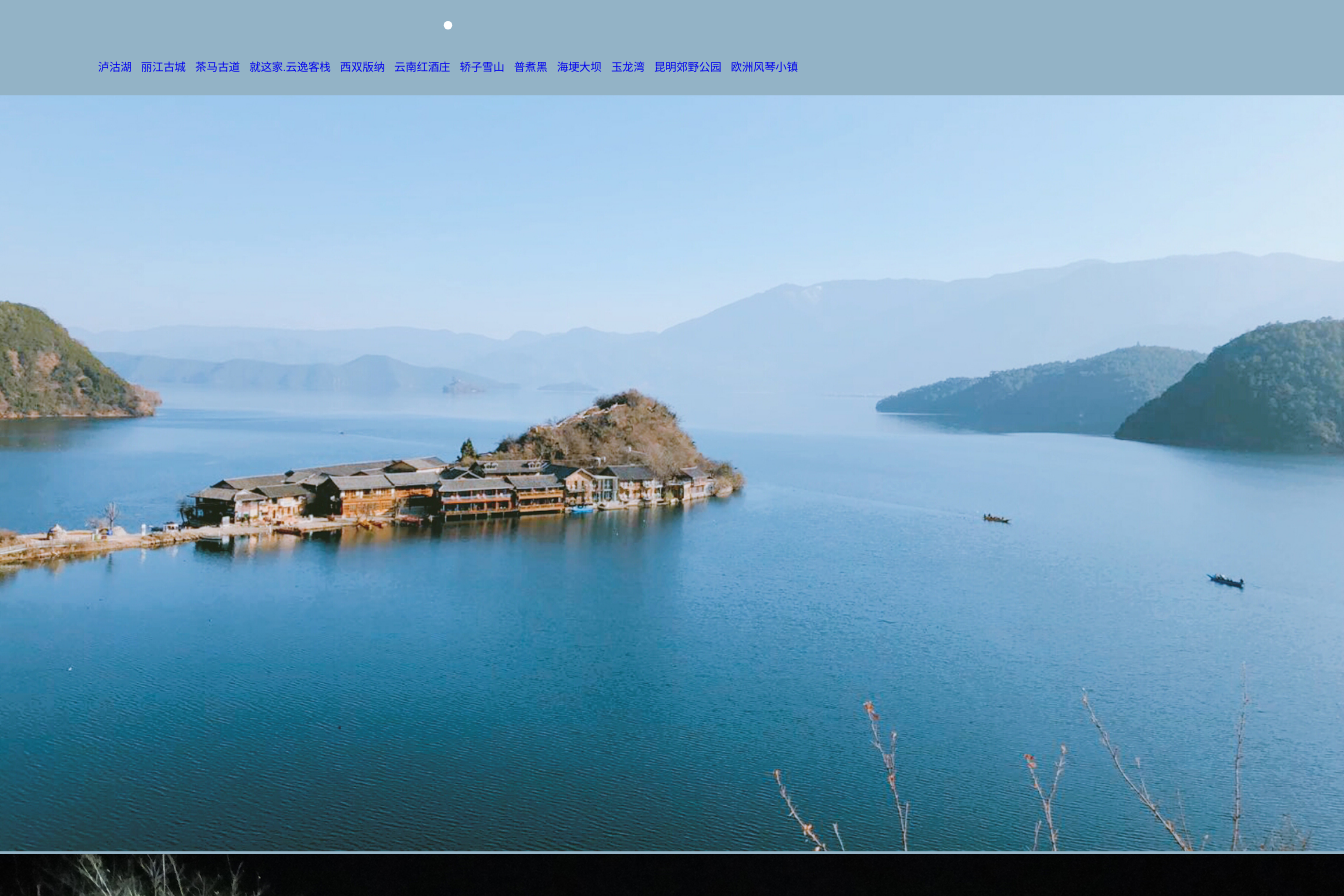
Repository: zhenzhen-gong/-jQuerydemo
Page: index.html
The author's editor kept a copy of each file at every save. The page is drawn from the files as they stood at one save, then again after the next save.
The browser window is 1280 px wide. The page is 1920 px wide, so the pictures cover 1920 px, including what lies to the right of the window. The pictures show the part of the page from y = 0 to 1280 px (the page is 13144 px tall), at 70% of full size.

Above is the page before, as saved 2020-06-05 11:24:56.

After the next save:
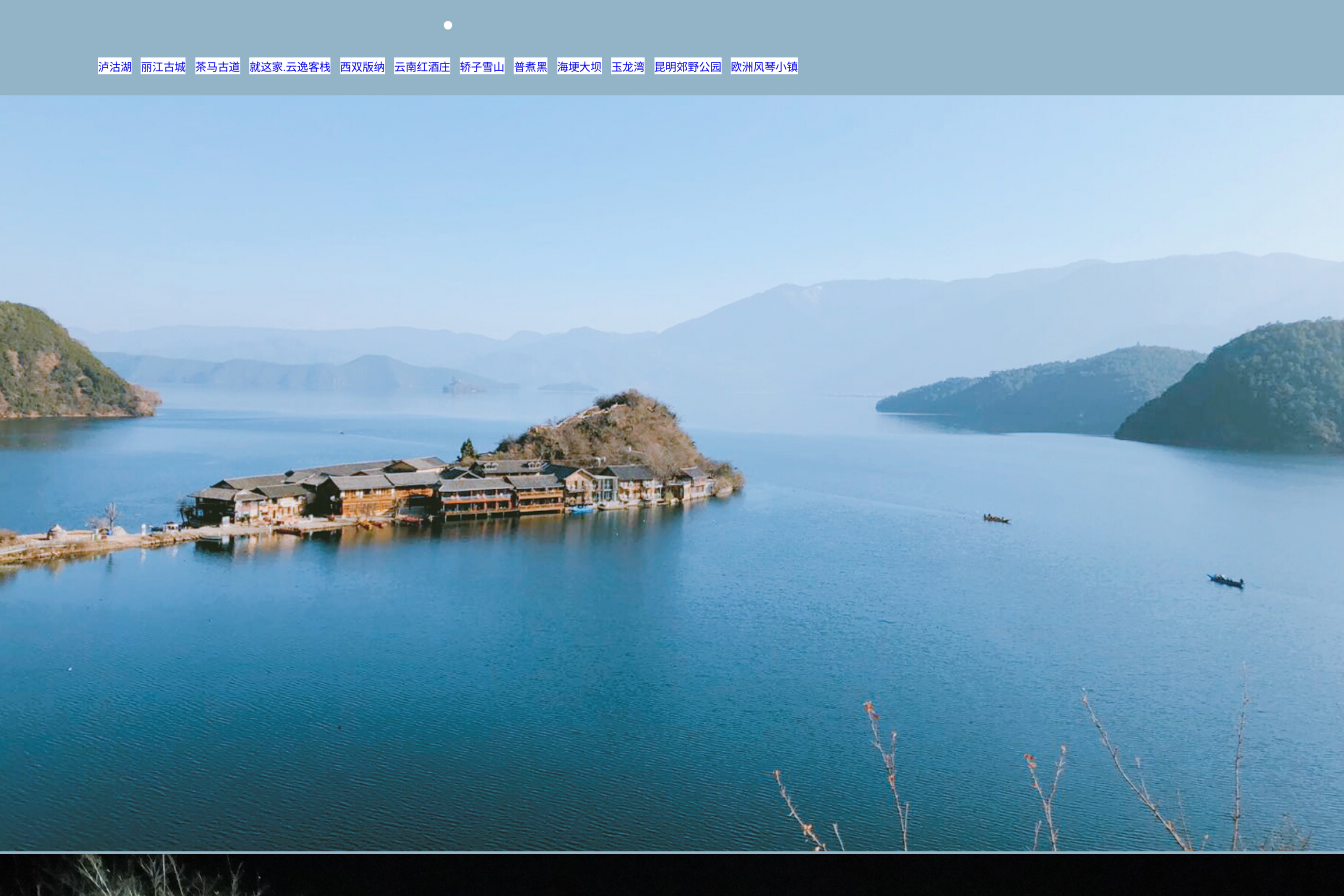
Saved 15 s later.
--- a/style.css
+++ b/style.css
@@ -20,5 +20,5 @@ nav{
 }
 nav a{
     text-decoration: none;
-
+    background-color: white;
 }
